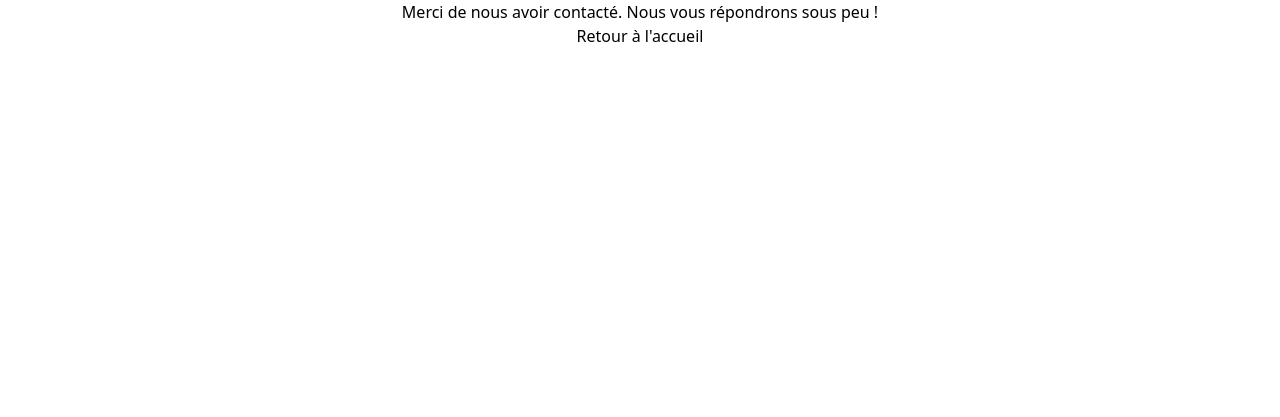
Repository: CarmenFerlatte/TP3__FerlatteCarmen
Page: confirmation.html
These files come from the project's save history. The page is drawn as it stood at one moment and after a run of saves; the edit follows.
The browser window is 1280 px wide. The pictures show the whole page.
Some web libraries are served in a nearby version. The style sheet was rebuilt from its Sass, Less or Tailwind sources for each picture, by a compiler version that may differ from the author's.

Above is the page before, as saved 2024-08-29 12:33:49.

### confirmation.html
<!DOCTYPE html>
<html lang="en">
<head>
    <meta charset="UTF-8">
    <meta name="viewport" content="width=device-width, initial-scale=1.0">
    <title>Confirmation</title>
    <script src="https://cdn.tailwindcss.com"></script>
    <link href="https://cdn.jsdelivr.net/npm/tailwindcss@2.2.19/dist/tailwind.min.css" rel="stylesheet">
    <link rel="stylesheet" href="https://cdnjs.cloudflare.com/ajax/libs/font-awesome/6.4.0/css/all.min.css">
    <link rel="stylesheet" href="style/css/style.css">
    <link rel="manifest" href="manifest.json">
    <link rel="icon" href="favicon.ico" type="image/x-icon">
    <meta name="description" content="Carmen Ferlatte, web designer et étudiante en développement web front-end. Présentation de mon portefolio et services de Webmestre.">
    <meta name="apple-mobile-web-app-capable" content="yes" >
    <meta name="apple-mobile-web-app-status-bar-style" content="black" >
    <meta name="apple-mobile-web-app-title" content="Portefolio" >
    <meta name="theme-color" content="black">
    <link rel="apple-touch-icon" href="img/icons/icon-192x192.png">
    <script src="https://code.jquery.com/jquery-3.6.0.min.js"></script>
</head>
<body>
    <main>
        <section flex max-w-screen-2x h-screen items-center justify-center>
            <div class="container">
                <div class="col-12 text-center">
                    <h1>Merci de nous avoir contacté. Nous vous répondrons sous peu !</h1>
                    <a class="cursor-pointer" href="index.html" title="Retour à la page d'accueil">Retour à l'accueil</a>
                </div>
            </div>
    </main>
</body>
</html>

### style/sass/style.scss
@use "navbar" as *;
@use "caroussel" as *;
@use "animate" as *;
@use "option" as *;
@use "calendrier" as *;

### style/sass/_navbar.scss
@keyframes neon-pulse {
    0%, 100% {
        text-shadow: 0 0 5px #fff, 0 0 10px #fff, 0 0 15px #fff, 0 0 20px #0891b2, 0 0 35px #0891b2, 0 0 40px #0891b2, 0 0 50px #0891b2, 0 0 75px #0891b2;
    }
    50% {
        text-shadow: 0 0 2px #fff, 0 0 5px #fff, 0 0 7px #fff, 0 0 10px #0891b2, 0 0 17px #0891b2, 0 0 20px #0891b2, 0 0 25px #0891b2, 0 0 37px #0891b2;
    }
}

.neon-text {
    animation: neon-pulse 1.5s infinite alternate;
}

.bg-animated {
    background: linear-gradient(-45deg, #000000, #1a1a1a, #000033, #003366);
    background-size: 400% 400%;
    animation: gradient 15s ease infinite;
}

@keyframes gradient {
    0% { background-position: 0% 50%; }
    50% { background-position: 100% 50%; }
    100% { background-position: 0% 50%; }
}

.cyber-grid {
    background-image:
        linear-gradient(rgba(0, 255, 255, 0.1) 1px, transparent 1px),
        linear-gradient(90deg, rgba(0, 255, 255, 0.1) 1px, transparent 1px);
    background-size: 20px 20px;
    animation: cyber-grid-move 20s linear infinite;
}

@keyframes cyber-grid-move {
    0% { background-position: 0 0; }
    100% { background-position: 20px 20px; }
}



.nav-link {
    position: relative;
    overflow: hidden;

        &::before {
            content: '';
            position: absolute;
            bottom: 0;
            left: 0;
            width: 100%;
            height: 2px;
            background-color: #0891b2;
            transform: translateX(-100%);
            transition: transform 0.3s ease;
        }

       &:hover::before {
            transform: translateX(0);
        }

        &::after {
            content: attr(data-text);
            position: absolute;
            top: 0;
            left: 0;
            width: 100%;
            height: 100%;
            display: flex;
            align-items: center;
            justify-content: center;
            transform: translateY(100%);
            background: linear-gradient(to bottom, #0891b2, rgb(103, 232, 249));
            -webkit-background-clip: text;
            background-clip: text;
            -webkit-text-fill-color: transparent;
            transition: transform 0.3s ease;
        }

        &:hover::after {
            transform: translateY(0);
        }
}


.glitch-effect {
    position: relative;

    &::before,
    &::after {
        content: attr(data-text);
        position: absolute;
        top: 0;
        left: 0;
        width: 100%;
        height: 100%;
        opacity: 0.8;
    }

    &::before {
        left: 2px;
        text-shadow: -2px 0 rgb(236, 72, 153);
        clip: rect(24px, 550px, 90px, 0);
        animation: glitch-anim 3s infinite linear alternate-reverse;
    }

    &::after {
        left: -2px;
        text-shadow: -2px 0 #0891b2;
        clip: rect(85px, 550px, 140px, 0);
        animation: glitch-anim 2s infinite linear alternate-reverse;
    }

}



@keyframes glitch-anim {
    0% { clip: rect(39px, 9999px, 71px, 0); }
    20% { clip: rect(3px, 9999px, 5px, 0); }
    40% { clip: rect(6px, 9999px, 38px, 0); }
    60% { clip: rect(13px, 9999px, 43px, 0); }
    80% { clip: rect(44px, 9999px, 93px, 0); }
    100% { clip: rect(54px, 9999px, 47px, 0); }
}

#menu-toggle {
    &:checked {
        ~ .menu {
            display: block;
        }

        ~ .menu-icon {
            .hamburger {
                transform: rotate(45deg);

                &::before {
                    transform: translateY(8px) rotate(90deg);
                }

                &::after {
                    transform: translateY(-8px) rotate(90deg);
                }
            }
        }
    }
}

.hamburger,
.hamburger::before,
.hamburger::after {
    content: '';
    display: block;
    background: #0891b2;
    height: 3px;
    width: 30px;
    transition: transform 0.5s cubic-bezier(0.23, 1, 0.32, 1);
}

.hamburger {
    &::before {
        transform: translateY(-8px);
    }

    &::after {
        transform: translateY(8px);
    }
}

@media (max-width: 768px) {
    .menu {
        position: fixed;
        top: 60px;
        left: 0;
        right: 0;
        width: 100%;
        height: 0;
        background: rgba(0, 0, 0, 0.9);
        overflow: hidden;
        transition: height 0.5s cubic-bezier(0.23, 1, 0.32, 1);
        text-align: right;
        padding-right: 20px;
        padding-top: 20px;

        a {
            display: block;
            font-size: 1.2rem;
            padding: 10px 0;
            text-decoration: underline 2px #0891b2;

            &:hover {
                color: #0891b2;
                text-decoration: none;
                cursor: pointer;
            }
        }
    }

    #menu-toggle:checked ~ .menu {
        height: calc(100vh - 60px);
    }
}

@media (max-width: 640px) {
    .no-glitch {
        animation: none !important;
    }
}

/*-------------Invisible Navbar-------------*/

.navbar-hidden {
    transform: translateY(-100%);
    transition: transform 0.3s ease-in-out;
}

### style/sass/_caroussel.scss
.carousel-control {
    position: absolute;
    top: 0;
    z-index: 30;
    display: flex;
    align-items: center;
    justify-content: center;
    height: 100%;
    padding: 0 1rem;
    cursor: pointer;
    outline: none;

    &-prev {
    left: 0;
    }

    &-next {
    right: 0;
    }

    span {
    display: inline-flex;
    align-items: center;
    justify-content: center;
    width: 2.5rem;
    height: 2.5rem;
    border-radius: 50%;
    background-color: rgba(0, 0, 0, 0.3);
    transition: background-color 0.3s;

        &:hover {
        background-color: rgba(0, 0, 0, 0.5);
        }

        svg {
        width: 1rem;
        height: 1rem;
        color: white;
        }

        .sr-only {
        position: absolute;
        width: 1px;
        height: 1px;
        padding: 0;
        margin: -1px;
        overflow: hidden;
        clip: rect(0, 0, 0, 0);
        border: 0;
        }

    }
}

### style/sass/_animate.scss
@keyframes slide-in-right {
  0% {
    transform: translateX(100%);
    opacity: 0;
  }
  100% {
    transform: translateX(0);
    opacity: 1;
  }
}

.animate-slide-in-right {
  animation: slide-in-right 0.5s ease-out forwards;
}

### style/sass/_option.scss
/*---------- Menu sélectionné ----------*/

.custom-select option:hover {
    background-color: #0891b2;
}

### style/sass/_calendrier.scss

.calendar-iframe {
  border: 0;
  width: 100%;
  height: 650px;

}

After the next 4 saves:
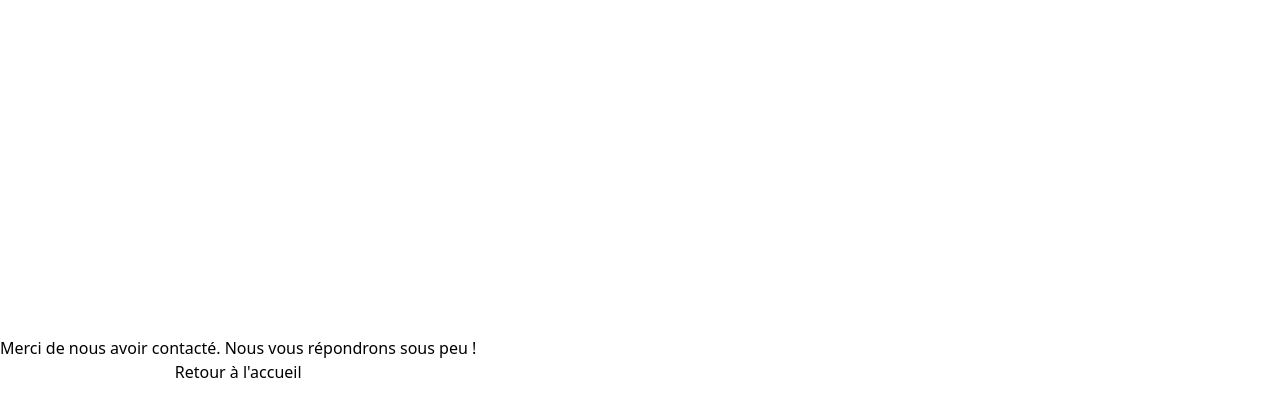
The 4 saves are shown as one change because they came seconds apart.
The last was saved 10 s later.
--- a/confirmation.html
+++ b/confirmation.html
@@ -20,7 +20,7 @@
 </head>
 <body>
     <main>
-        <section flex max-w-screen-2x h-screen items-center justify-center>
+        <section class="flex max-w-screen-2x h-screen items-center justify-center>
             <div class="container">
                 <div class="col-12 text-center">
                     <h1>Merci de nous avoir contacté. Nous vous répondrons sous peu !</h1>
